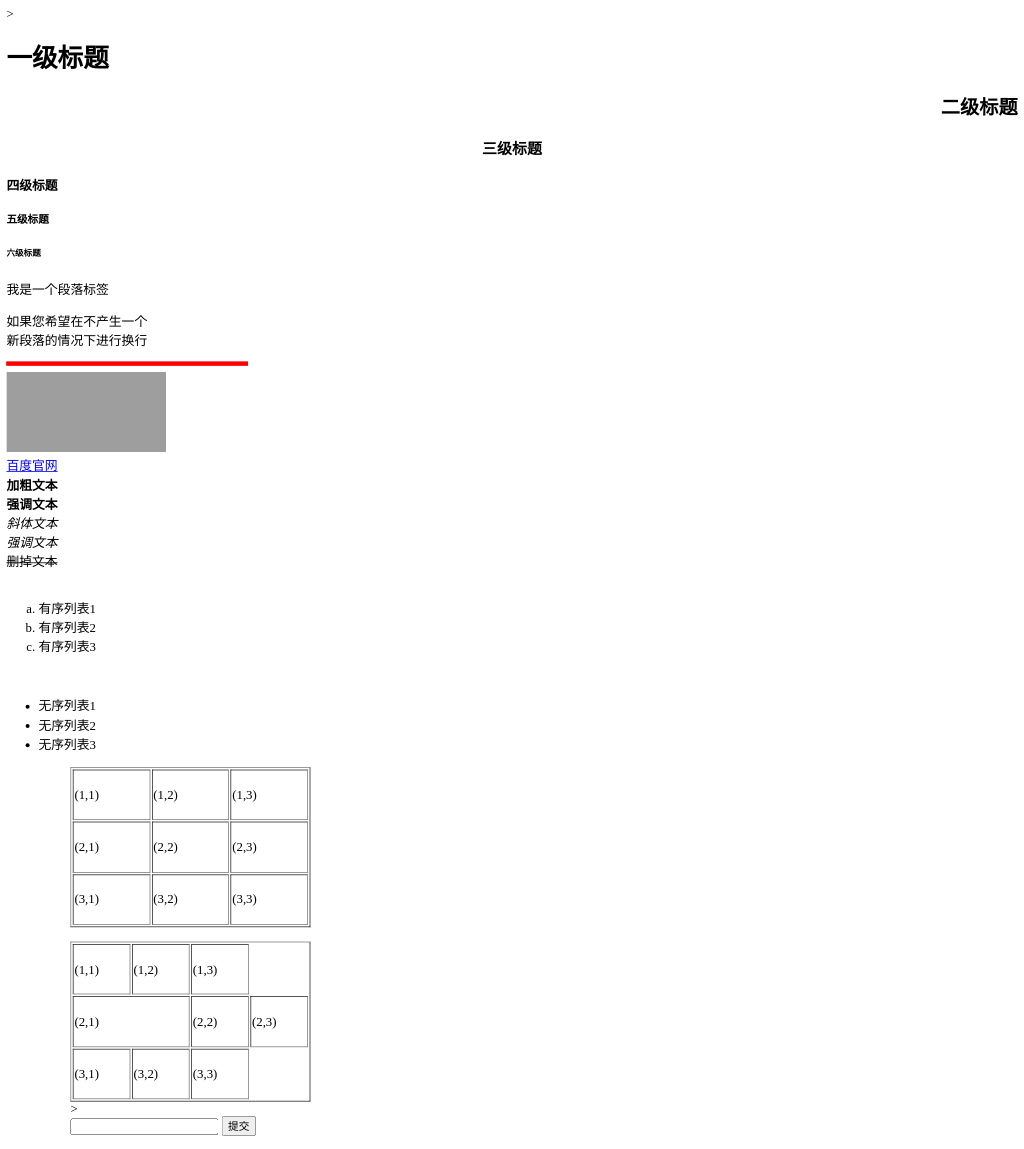
Repository: yuanliumaker/html-css-js
Page: hello.html
These files come from the project's save history. The page is drawn as it stood at one moment and after the next save; the edit follows.
The browser window is 1280 px wide. The pictures show the whole page, at 80% of full size.
Pictures or frames that could not be fetched are drawn as grey boxes.

Above is the page before, as saved 2025-08-29 11:02:38.

After the next save:
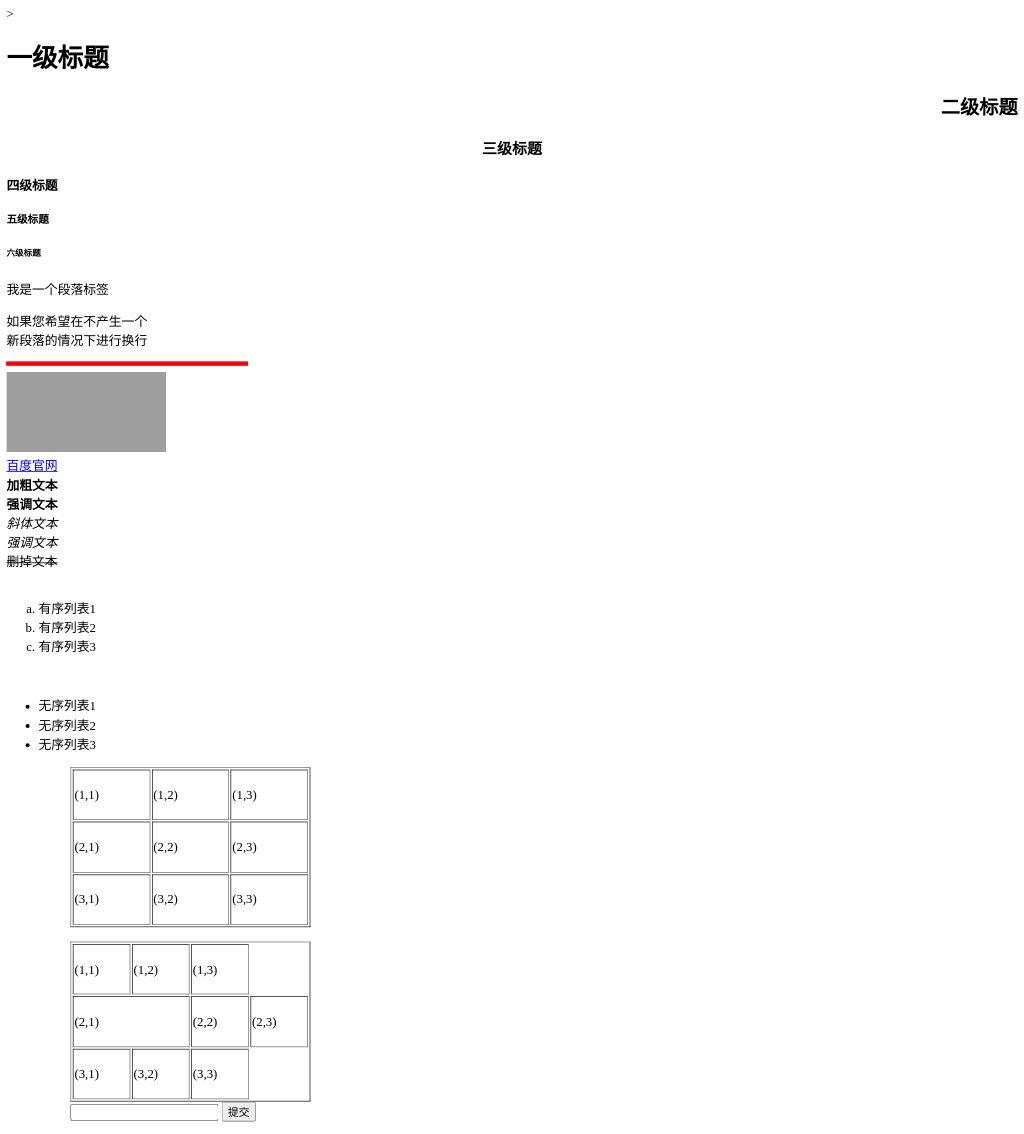
Saved 42 s later.
--- a/hello.html
+++ b/hello.html
@@ -96,7 +96,8 @@
     所有的用户输入内容的地方都是用表单来填写，如登录注册、搜索框等-->
     <!--表单是由容器和控件组成的，一个表单一般应该包含用户填写信息的输入框，按钮等，这些输入
     框，按钮叫做空间，表单就是容器，他能够容纳各种各样的控件-->
-    <!--action:服务器地址 method:数据发送方式 post/get  name:表单名称-->>
+    <!--action:服务器地址 method:数据发送方式 post/get  name:表单名称
+    input:输入框 button:按钮-->
     <form action="",method="get",name="form1">
         <input>
         <button>提交</button>
